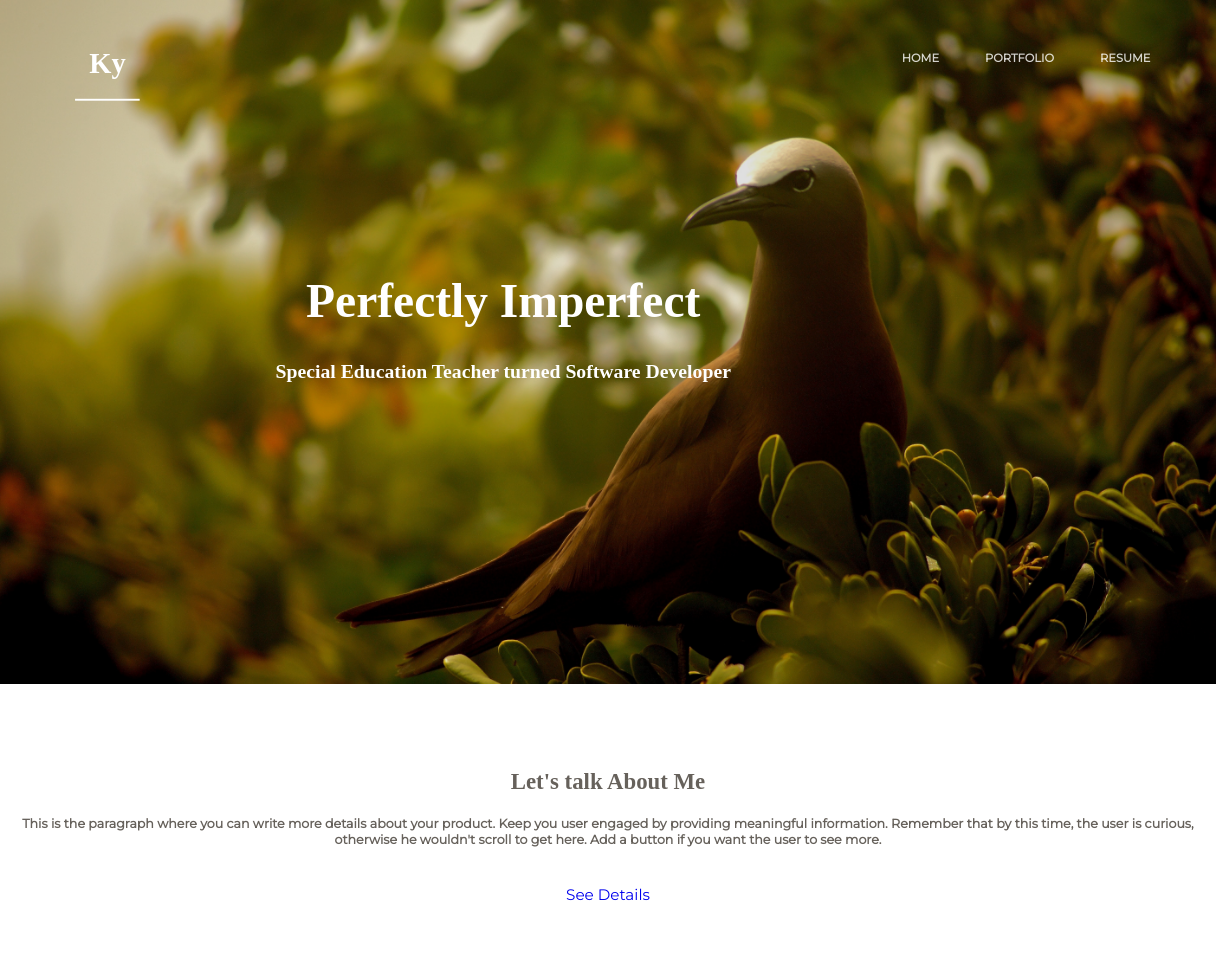
Repository: kkyler24/Perfectly-Imperfect
Page: / (app in imperfect/)
An editor plug-in stored every save of this project. The page is shown before and after the next save, followed by the edit.
The browser window is 1280 px wide. The pictures show the whole page, at 95% of full size.
Some web fonts or font styles are not loaded; a fallback is used. The project was rebuilt for these pictures with package versions that can differ from the ones it lists, and the page was loaded fresh each time.

Above is the page before, as saved 2020-07-23 21:52:15.

After the next save:
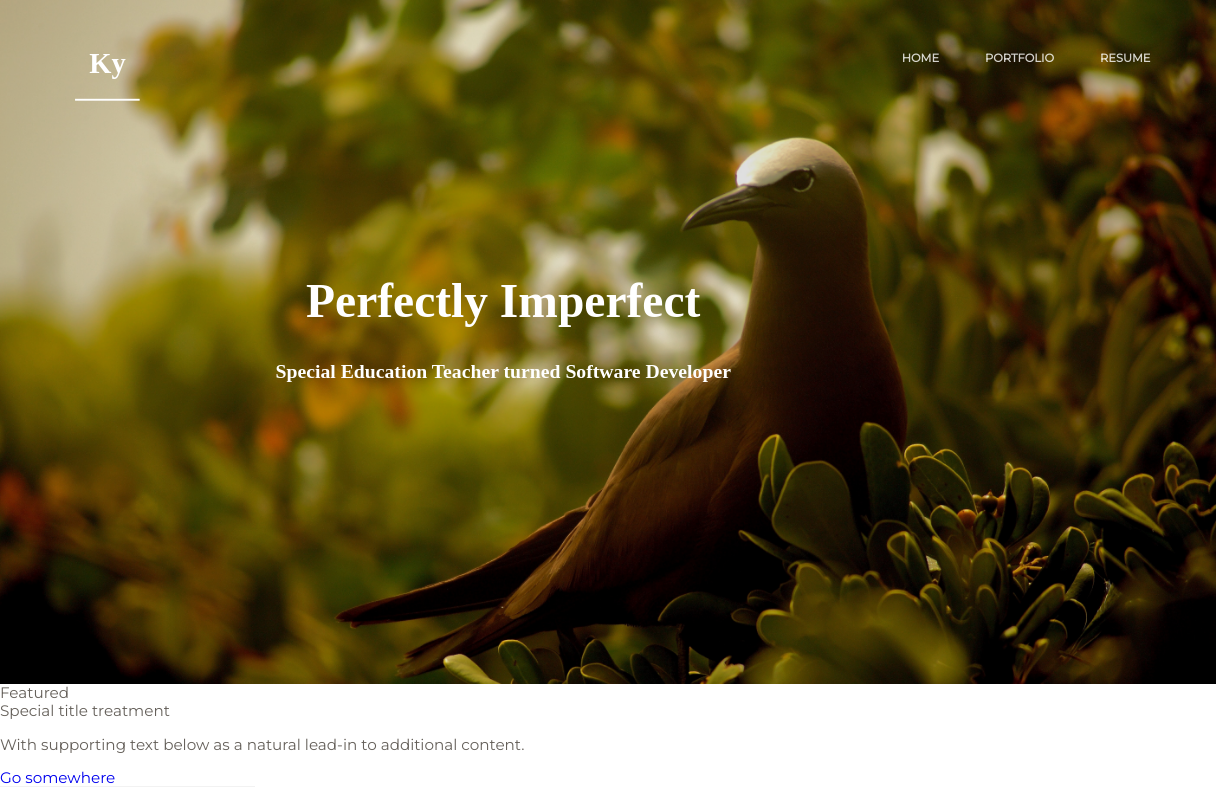
Saved 7 min 44 s later.
--- a/imperfect/src/Components/aboutMeIndex/aboutme.js
+++ b/imperfect/src/Components/aboutMeIndex/aboutme.js
@@ -1,29 +1,30 @@
 import React from "react";
 import "./aboutme.css";
+import {
+  Card,
+  CardHeader,
+  CardBody,
+  CardTitle,
+  CardText,
+  Button,
+} from "reactstrap";
 
 function Aboutme() {
   return (
     <div className="aboutMain">
-      <div className="sectionAB text-center">
-        <div className="ABcontainer">
-          <div class="row">
-            <div class="ml-auto mr-auto col-md-8">
-              <h2 class="titleAB">Let's talk About Me</h2>
-              <h5 class="descriptionAB">
-                This is the paragraph where you can write more details about
-                your product. Keep you user engaged by providing meaningful
-                information. Remember that by this time, the user is curious,
-                otherwise he wouldn't scroll to get here. Add a button if you
-                want the user to see more.
-              </h5>
-              <br />
-              <a href="#pablo" class="btn-round btn btn-info">
-                See Details
-              </a>
-            </div>
-          </div>
-        </div>
-      </div>
+      <Card>
+        <CardHeader>Featured</CardHeader>
+        <CardBody>
+          <CardTitle>Special title treatment</CardTitle>
+          <CardText>
+            With supporting text below as a natural lead-in to additional
+            content.
+          </CardText>
+          <Button href="/#" color="primary">
+            Go somewhere
+          </Button>
+        </CardBody>
+      </Card>
     </div>
   );
 }
